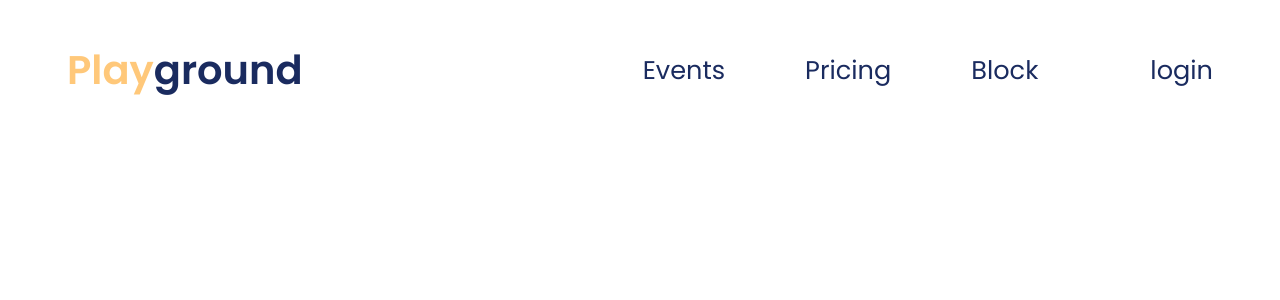
Repository: tuanpham-aptech/front-end
Page: psdtohtml/playgroud/index.html
These files come from the project's save history. The page is drawn as it stood at one moment and after the next save; the edit follows.
The browser window is 1280 px wide. The pictures show the whole page.
Some web libraries are served in a nearby version.

Above is the page before, as saved 2021-10-13 17:21:41.

### psdtohtml/playgroud/index.html
<!DOCTYPE html>
<html lang="en">
<head>
    <meta charset="UTF-8">
    <meta http-equiv="X-UA-Compatible" content="IE=edge">
    <meta name="viewport" content="width=device-width, initial-scale=1.0">
    <title>PlayGround</title>
    <link rel="preconnect" href="https://fonts.googleapis.com">
<link rel="preconnect" href="https://fonts.gstatic.com" crossorigin>
<link href="https://fonts.googleapis.com/css2?family=Poppins:wght@300;400;600&display=swap" rel="stylesheet">
<link rel="stylesheet" href="https://pro.fontawesome.com/releases/v5.10.0/css/all.css" integrity="sha384-AYmEC3Yw5cVb3ZcuHtOA93w35dYTsvhLPVnYs9eStHfGJvOvKxVfELGroGkvsg+p" crossorigin="anonymous"/>
<link rel="stylesheet" href="./assets/css/style.css">
</head>
<body>
    <div class="wrapper">
        <div class="header">
            <div class="container header__inner">
                <a href="#" class="logo">
                    <span class="logo__text">Play</span>ground
                </a>
                <nav class="header__menu">
                    <ul class="header__menu-list">
                        <li class="header__menu-item">
                            <a href="#" class="header__menu-link">
                                Events
                            </a>
                        </li>
                        <li class="header__menu-item">
                            <a href="#" class="header__menu-link">
                                Pricing
                            </a>
                        </li>
                        <li class="header__menu-item">
                            <a href="#" class="header__menu-link">
                                Block
                            </a>
                        </li>
                        <li class="header__menu-item">
                            <a href="#" class="header__menu-link header__login">
                                login
                            </a>
                        </li>
                    </ul>
                </nav>
            </div>
        </div>
    </div>
</body>
</html>

### psdtohtml/playgroud/assets/css/style.css
* {
    box-sizing: border-box;
    padding: 0;
    margin: 0;
    -webkit-box-sizing: border-box;
}
:root {
    --primary-color: #ffc87a;
    --text-color: #1a2b5f;
}
body {
    font-family: 'Poppins', sans-serif;
}
.wrapper {
    max-width: 1440px;
    margin: 0 auto;
}

.container {
    max-width: 1210px;
    padding-left: 2rem;
    padding-right: 2rem;
    margin: 0 auto;
}

.header {
    padding-top: 40px;
}

.header__inner {
    display: flex;
    justify-content: space-between;
    align-items: center;
}

.header__menu-list {
    display: flex;
    align-items: center;
    list-style: none;
}

.header__menu-item {
    margin-left: 5rem;
}

.header__menu-item:last-child {
    margin-left: 7rem;
}

.header__menu-link {
    text-decoration: none;
    font-size: 1.6rem;
    color:var(--text-color);
}

.header__login {
    padin
}
.logo {
    font-size: 2.5rem;
    font-weight: 600;
    text-decoration: none;
    color:var(--text-color);

}

.logo__text {
    color:var(--primary-color);
}

After the next save:
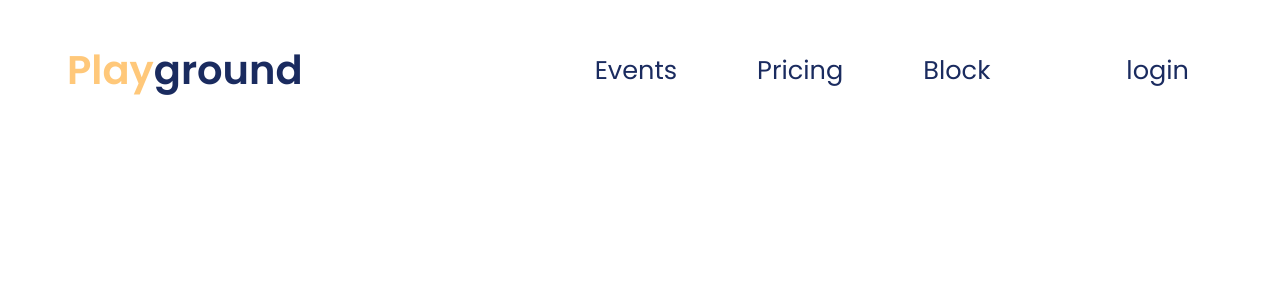
Saved 5 s later.
--- a/psdtohtml/playgroud/assets/css/style.css
+++ b/psdtohtml/playgroud/assets/css/style.css
@@ -54,7 +54,7 @@
 }
 
 .header__login {
-    padin
+    padding: 1.5rem;
 }
 .logo {
     font-size: 2.5rem;
